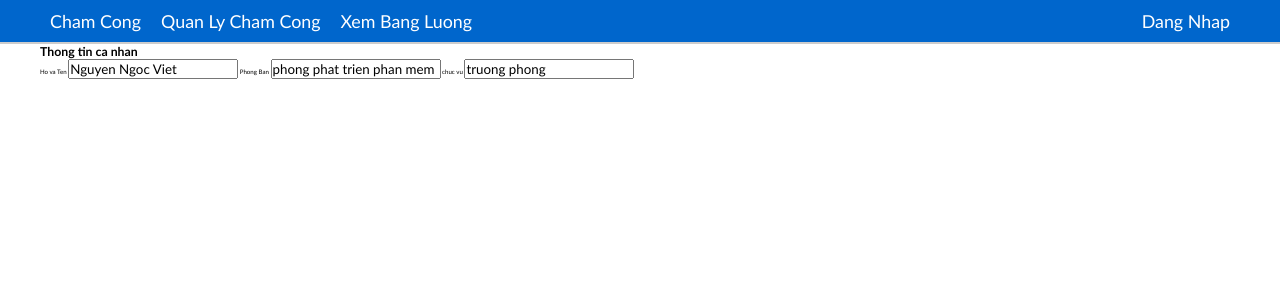
Repository: LDDUNG2003/a
Page: payroll.html
The author's editor kept a copy of each file at every save. The page is drawn from the files as they stood at one save, then again after the next save.
The browser window is 1280 px wide. The pictures show the whole page.

Above is the page before, as saved 2023-10-15 12:25:35.

After the next save:
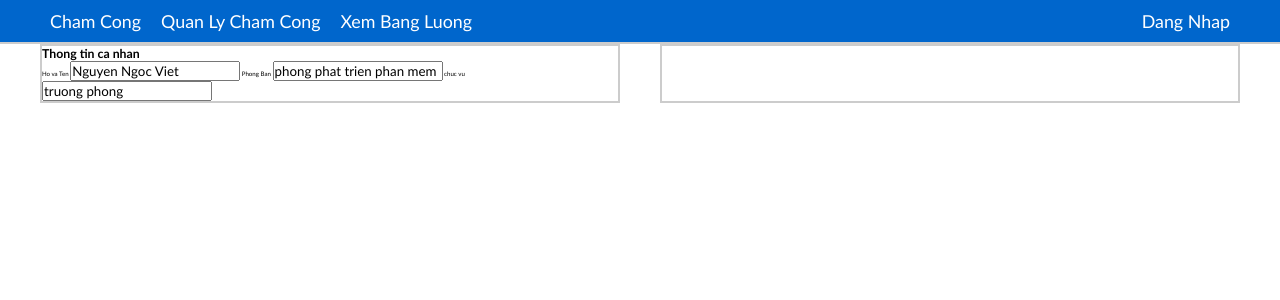
Saved 19 s later.
--- a/payroll.html
+++ b/payroll.html
@@ -6,6 +6,7 @@
     <meta name="viewport" content="width=device-width, initial-scale=1.0">
     <title>Document</title>
     <link rel="stylesheet" href="./controlView/css/base.css">
+    <link rel="stylesheet" href="/controlView/css/payfoll.css">
 
 </head>
 
